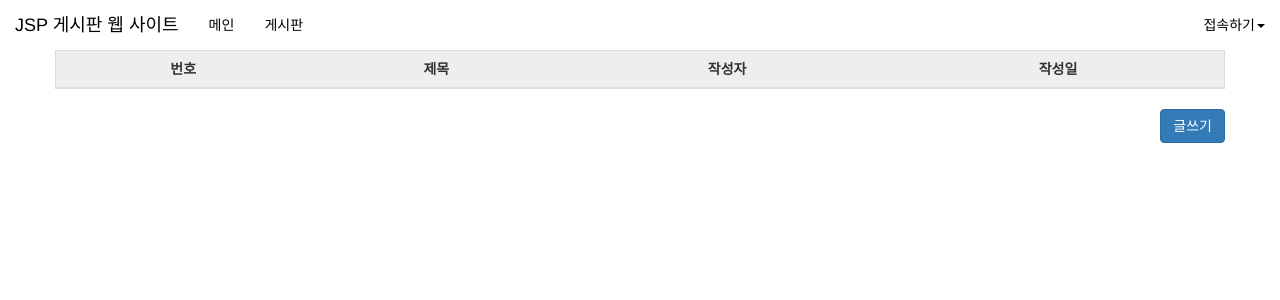
Repository: CEmmanuelP/jsp_Myblog
Page: http://localhost/BBS/bbs.jsp
The author's editor kept a copy of each file at every save. The page is drawn from the files as they stood at one save, then again after the next save.
The browser window is 1280 px wide. The pictures show the whole page.
Some web fonts or font styles are not loaded; a fallback is used. Some web libraries are served in a nearby version. The page is served by Tomcat 9. Queries for data that is not in the repository find no rows.

Above is the page before, as saved 2019-09-09 02:05:53.

After the next save:
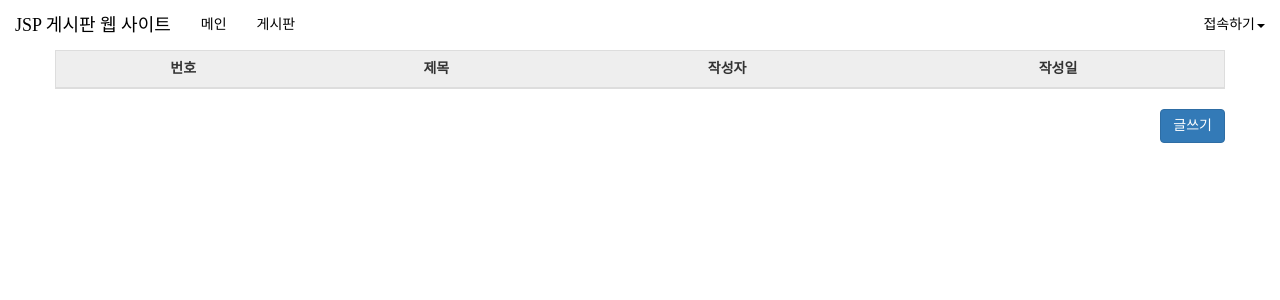
Saved 1 s later.
--- a/BBS/WebContent/bbs.jsp
+++ b/BBS/WebContent/bbs.jsp
@@ -11,6 +11,8 @@
 <!-- 반응형 -->
 <meta name="viewport" content="width=device-width", initial-scale="1">
 <link rel="stylesheet" href="css/bootstrap.css">
+<link rel="stylesheet" href="css/custom.css">
+
 <title>JSP 게시판 웹 사이트</title>
 <style type="text/css">
 	a, a:hover{
